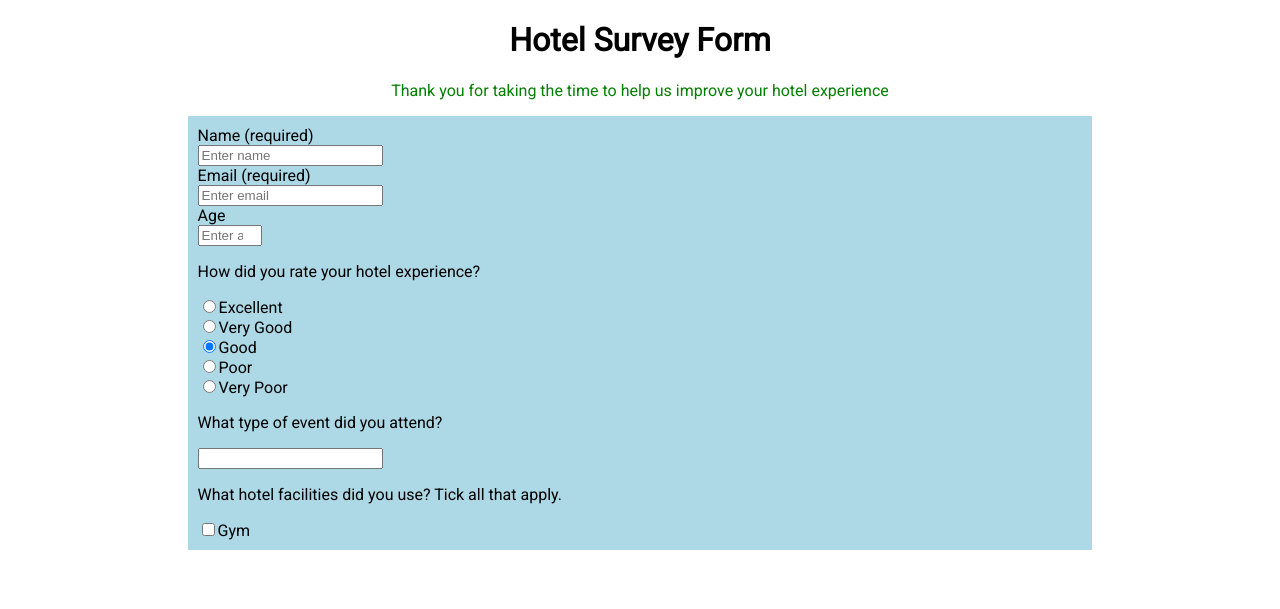
Repository: derektypist/survey-form
Page: index.html
The author's editor kept a record of every edit. The page is drawn from the files as they stood at one moment, then again after the next edit.
The browser window is 1280 px wide. The pictures show the whole page.

Above is the page before.

After the next edit:
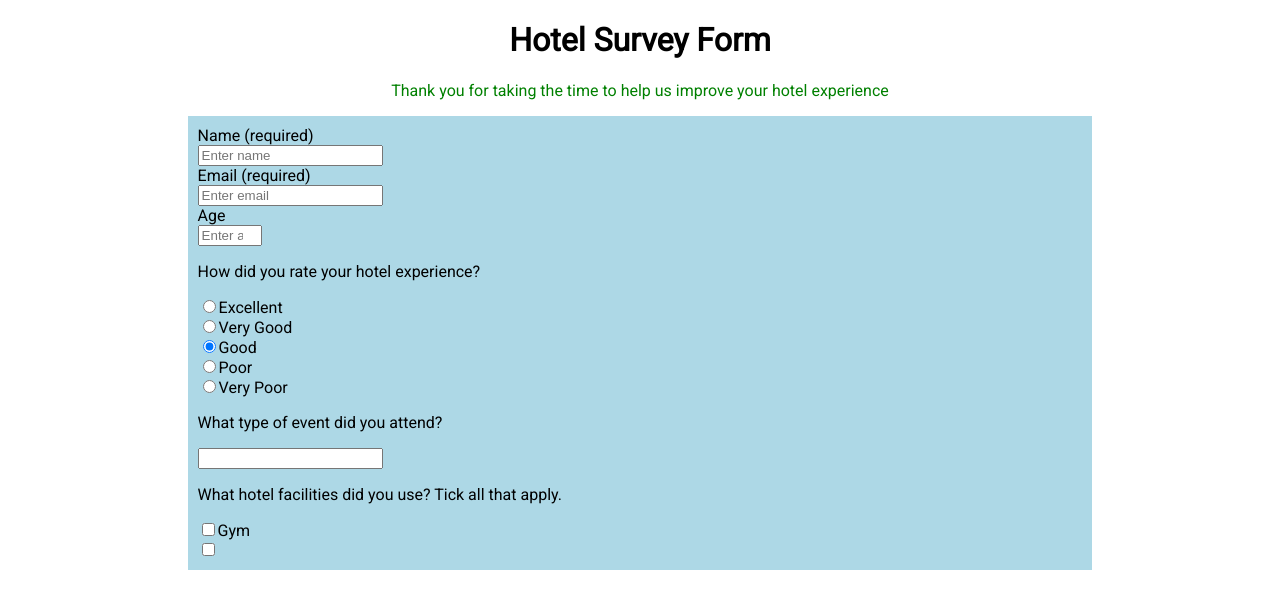
The edit:
--- a/index.html
+++ b/index.html
@@ -90,8 +90,9 @@
 
                 <!-- Set up Check Boxes -->
                 <p>What hotel facilities did you use?  Tick all that apply.</p>
-                <input type="checkbox" name="gym" value="gym">Gym
+                <input type="checkbox" name="Facility1" value="Gym">Gym
                 <br>
+                <input type="checkbox" name="facility2"
 
 
             </form>
